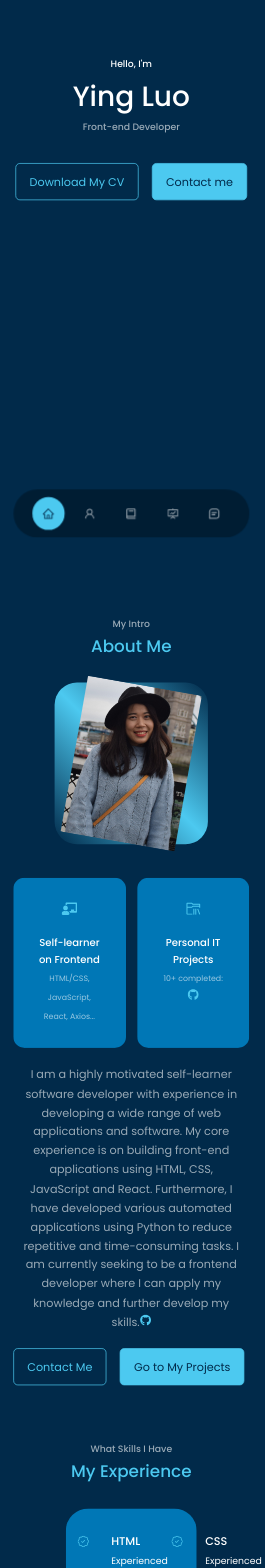
Repository: yingluo1020/react-portfolio-website
Page: /
The author's editor kept a copy of each file at every save. The page is drawn from the files as they stood at one save, then again after the next save.
The browser window is 375 px wide. The page is 379 px wide, then 375 px, so the pictures cover 379 px, including what lies to the right of the window. The pictures show the part of the page from y = 0 to 2240 px (the page is 6281 px tall), at 70% of full size.
The project was rebuilt for these pictures with package versions that can differ from the ones it lists, and the page was loaded fresh each time. Imported but missing from the stored project, and not drawn on this page: src/assets/cv1.pdf.

Above is the page before, as saved 2022-03-16 10:15:13.

### src/index.css
@import url('https://fonts.googleapis.com/css2?family=Poppins:wght@300;400;500;600&display=swap');

* {
 margin: 0;
 padding: 0;
 border: 0;
 outline: 0;
 box-sizing: border-box;
 list-style: none;
 text-decoration: none;
}

:root {
    --color-bg:#012a4a;
    --color-bg-variant:#0077b6;
    --color-primary:#4cc9f0;
    --color-primary-variant:rgba(77,181,255,0.4);
    --color-white:#fff;
    --color-light:rgba(255,255,255,0.6);

    --transition:all 400ms ease;

    --container-width-lg:75%;
    --container-width-md:86%;
    --container-width-sm:90%;
}

html {
    scroll-behavior:smooth;
}

::-webkit-scrollbar {
    display: none;
}

body {
    font-family: 'Poppins', sans-serif;
    background: var(--color-bg);
    color:var(--color-white);
    line-height:1.7;
}

/* general styles */
.container {
    width:var(--container-width-lg);
    margin: 0 auto;
}

h1,
h2,
h3,
h4,
h5 {
    font-weight: 500;
}

h1 {
    font-size: 2.5rem;
}

section {
    margin-top: 5rem;
    min-height: 100vh;
}

section > h2, section > h5 {
    text-align: center;
    color: var(--color-light);
}

section > h2 {
    color: var(--color-primary);
    margin-bottom: 3rem;
}

.text-light {
    color: var(--color-light);
}

a {
    color: var(--color-primary);
    transition: var(--transition);
}

a:hover {
    color: var(--color-white);
}

.btn {
    width: max-content;
    display: inline-block;
    color: var(--color-primary);
    padding: 0.75rem 1.2rem;
    border-radius:0.4rem;
    cursor: pointer;
    border: 1px solid var(--color-primary);
    transition: var(--transition);
}

.btn:hover{
    background: var(--color-white);
    color: var(--color-bg);
    border-color: transparent;
}

.btn-primary {
    background: var(--color-primary);
    color: var(--color-bg);
}

img{
    display: block;
    width: 100%;
    object-fit: cover;
}

/* media queries(medium devices)*/
@media screen and (max-width:1024px) {
    .container {
        width: var(--container-width-sm);
    }

    section> h2 {
        margin-bottom: 2rem;
    }
}

### src/components/header/Header.js
import React from 'react'
import avatar from '../../assets/avatar.JPG'
import './header.css';
import CV from '../../assets/cv1.pdf'


function Header() {
    return (
        <header>
            <div className="container header_container">
                <h5>Hello, I'm</h5>
                <h1>Ying Luo</h1>
                <h5 className="text-light">Front-end Developer</h5>

                <div className='cta'>
                    <a href={CV} download className='btn'>Download My CV</a>
                    <a href="#contact" className='btn btn-primary'>Contact me</a>
                </div>
            </div>
        </header>
    )
}

export default Header

### src/components/nav/Nav.js
import React, { useState } from 'react'
import './nav.css'
import { AiOutlineHome, } from 'react-icons/ai'
import { AiOutlineUser } from 'react-icons/ai'
import { BiBook } from 'react-icons/bi'
import { AiOutlineFundProjectionScreen } from 'react-icons/ai'
import { BiMessageSquareDetail } from 'react-icons/bi'


function Nav() {
    const [activeNav, setActiveNav] = useState('#')
    return (
        <nav>
            <a href="#" onClick={() => setActiveNav('#')} className={activeNav === '#' ? 'active' : ''}><AiOutlineHome /></a>
            <a href="#about" onClick={() => setActiveNav('#about')} className={activeNav === '#about' ? 'active' : ''}><AiOutlineUser /></a>
            <a href="#experience" onClick={() => setActiveNav('#experience')} className={activeNav === '#experience' ? 'active' : ''}><BiBook /></a>
            <a href="#portfolio" onClick={() => setActiveNav('#services')} className={activeNav === '#services' ? 'active' : ''}><AiOutlineFundProjectionScreen /></a>
            <a href="#contact" onClick={() => setActiveNav('#contact')} className={activeNav === '#contact' ? 'active' : ''}><BiMessageSquareDetail /></a>
        </nav>
    )
}

export default Nav

### src/components/about/About.js
import React from 'react'
import avatar from '../../assets/avatar.JPG'
import { FaChalkboardTeacher } from 'react-icons/fa'
import { VscFolderLibrary } from 'react-icons/vsc'
import { FaGithub } from 'react-icons/fa';
import './about.css';

function About() {
    return (
        <section id='about'>
            <h5>My Intro</h5>
            <h2>About Me</h2>

            <div className="container about_container">
                <div className="about_me">
                    <div className="about_image">
                        <img src={avatar} alt="About Image" />
                    </div>
                </div>

                <div className="about_content">
                    <div className="about_cards">
                        <article className="about_card">
                            <FaChalkboardTeacher className='about_icon' />
                            <h5> Self-learner on Frontend </h5>
                            <small>HTML/CSS, JavaScript, React, Axios...</small>
                        </article>

                        <article className="about_card">
                            <VscFolderLibrary className='about_icon' />
                            <h5>Personal IT Projects </h5>
                            <small>10+ completed:  </small>
                            <a href="https://github.com/yingluo1020" target="_blank"><FaGithub /></a>
                        </article>
                    </div>

                    <p>I am a highly motivated self-learner software developer with experience in developing a wide range of web applications and software. My core experience is on building front-end applications using HTML, CSS, JavaScript and React. Furthermore, I have developed various automated applications using Python to reduce repetitive and time-consuming tasks. I am currently seeking to be a frontend developer where I can apply my knowledge and further develop my skills.
                        <a href="https://github.com/yingluo1020" target="_blank"><FaGithub /></a>
                    </p>
                    <div className="about_btn">
                        <a href="#contact" className="btn btn">Contact Me</a>
                        <a href="#" target="_blank" className="btn btn-primary">Go to My Projects</a>
                    </div>

                </div>
            </div>
        </section>
    )
}

export default About

### src/components/experience/Experience.js
import React from 'react'
import './experience.css';
import { BsPatchCheck } from 'react-icons/bs'


function Experience() {
    return (
        <section id='experience'>
            <h5>What Skills I Have</h5>
            <h2>My Experience</h2>

            <div className="container experience_container">
                <div className="experience_content">
                    <article className='experience_details'>
                        <BsPatchCheck className='experience_details-icon' />
                        <div>
                            <h4>HTML</h4>
                            <small className='text_light'>Experienced</small>
                        </div>
                    </article>
                    <article className='experience_details'>
                        <BsPatchCheck className='experience_details-icon' />
                        <div>
                            <h4>CSS</h4>
                            <small className='text_light'>Experienced</small>
                        </div>
                    </article>
                    <article className='experience_details'>
                        <BsPatchCheck className='experience_details-icon' />
                        <div>
                            <h4>JavaScript (Es6)</h4>
                            <small className='text_light'>Experienced</small>
                        </div>
                    </article>
                    <article className='experience_details'>
                        <BsPatchCheck className='experience_details-icon' />
                        <div>
                            <h4>React (Hooks, Router V6) </h4>
                            <small className='text_light'>Experienced</small>
                        </div>
                    </article>
                    <article className='experience_details'>
                        <BsPatchCheck className='experience_details-icon' />
                        <div>
                            <h4>Node JS</h4>
                            <small className='text_light'>Intermediate</small>
                        </div>
                    </article>
                    <article className='experience_details'>
                        <BsPatchCheck className='experience_details-icon' />
                        <div>
                            <h4>Python</h4>
                            <small className='text_light'>Intermediate</small>
                        </div>
                    </article>
                </div>
            </div>
        </section>
    )
}

export default Experience

### src/components/portfolio/Portfolio.js
import React from 'react'
import './portfolio.css';
import project1 from '../../assets/todo1.jpg'
import project2 from '../../assets/search.jpg'
import project3 from '../../assets/btc_alert.jpg'



function Portfolio() {
    return (
        <section id='portfolio'>
            <h5>My Projects</h5>
            <h2>Portfolio</h2>
            <div className="container portfolio_container ">
                <article className='portfolio'>
                    <div className="portfolio_head">
                        <h3 >To-Do List web app</h3>
                    </div>


                    <div className="portfolio_item-image">
                        <img src={project1} alt="project1" />
                    </div>

                    <div className="portfolio_link">
                        <a href="https://github.com" target='_blank' className='btn btn-primary'>Github</a>
                    </div>
                </article>

                <article className='portfolio'>
                    <div className="portfolio_head">
                        <h3 >To-Do List web app</h3>
                    </div>

                    <div className="portfolio_body">
                        <div className="portfolio_item-image">
                            <img src={project2} alt="project1" />
                        </div>
                    </div>
                    <div className="portfolio_link">
                        <a href="https://github.com" target='_blank' className='btn btn-primary'>Github</a>
                    </div>
                </article>

                <article className='portfolio'>
                    <div className="portfolio_head">
                        <h3 >To-Do List web app</h3>
                    </div>

                    <div className="portfolio_body">
                        <div className="portfolio_item-image">
                            <img src={project3} alt="project1" />
                        </div>
                    </div>
                    <div className="portfolio_link">
                        <a href="https://github.com" target='_blank' className='btn btn-primary'>Github</a>
                    </div>
                </article>

            </div>
        </section>
    )
}

export default Portfolio

### src/components/contact/Contact.js
import React, { useRef } from 'react'
import './contact.css'
import { MdOutlineEmail } from 'react-icons/md'
import { RiMessengerLine } from 'react-icons/ri'
import { BsWhatsapp } from 'react-icons/bs'
import emailjs from '@emailjs/browser';


function Contact() {
    const form = useRef();

    const sendEmail = (e) => {
        e.preventDefault();

        emailjs.sendForm('service_s6sapzl', 'template_utnko3u', form.current, 'user_Ak4JS85QR5w9GZLqKm3hY')

        alert(`I'll will reply you ASAP :)`)
        e.target.reset()
    };

    return (
        <section id="contact">
            <h5>Get In Touch</h5>
            <h2>Contact Me</h2>

            <div className="container contact_container">
                <div className="contact_options">
                    <article className='contact_option'>
                        <MdOutlineEmail className='contact_option-icon' />
                        <h4>Email</h4>
                        <h5>yingluo1020@gmail.com</h5>
                        <a href="mailto:yingluo1020@gmail.com" target='_blank'>Send a message</a>
                    </article>

                    <article className='contact_option'>
                        <RiMessengerLine className='contact_option-icon' />
                        <h4>Messenger</h4>
                        <h5>Ying Luo</h5>
                        <a href="https://m.me/yng.luo" target='_blank'>Send a message</a>
                    </article>

                    <article className='contact_option'>
                        <BsWhatsapp className='contact_option-icon' />
                        <h4>WhatsApp</h4>
                        <h5>+44 7407171383</h5>
                        <a href="https://api.whatsapp.com/send?phone+447407171383" target='_blank'>Send a message</a>
                    </article>
                </div>
                {/* End of contact options */}
                <form action="" ref={form} onSubmit={sendEmail}>
                    <input type="text" name='name' placeholder='Your Name' required />
                    <input type="email" name='email' placeholder='Your Email' required />
                    <textarea type="text" name='name' placeholder='Your Message' required ></textarea>
                    <button type="submit" className="btn btn-primary">Send a message</button>
                </form>

            </div>
        </section>

    )
}

export default Contact

### src/components/footer/Footer.js
import React from 'react'
import './footer.css'
import { BsLinkedin } from 'react-icons/bs';
import { FaGithub } from 'react-icons/fa';
import { FiDribbble } from 'react-icons/fi';


function Footer() {
    return (
        <footer>
            <a href="https://github.com/yingluo1020" target="_blank" className='footer_logo'><FaGithub /> Ying Luo</a>
            <ul className='permalinks'>
                <li><a href="#">Home</a></li>
                <li><a href="#about">About</a></li>
                <li><a href="#experience">Experience</a></li>
                <li><a href="#portfolio">Portfolio</a></li>
                <li><a href="#contact">Contact</a></li>
            </ul>

            <div className="footer_copyright">
                <small>&copy; All rights reserved by Ying Luo.</small>
            </div>
        </footer>
    )
}

export default Footer

### src/components/header/header.css
header {
    height: 50vh;
    padding-top: 5rem;
    overflow: hidden;
}

.header_container {
    text-align: center;
    height: 100%;
    position: relative;
}

.cta {
    margin: 2.5rem auto;
    display: flex;
    gap:1.2rem;
    justify-content: center;
}

.avatar {
    background: linear-gradient(var(--color-primary),transparent) ;
    width: 22rem;
    height: 30rem;
    position: absolute;
    left: calc(50% - 11rem);
    border-radius: 12rem 12rem 0 0 ;
    overflow: hidden;
    padding: 5rem 1.5rem 1.5rem 1.5rem;
}


/* media queries(medium devices)*/
@media screen and (max-width:1024px) {
    header {
        height: 68vh;
    }
}

/* media queries(small devices)*/
@media screen and (max-width:600px) {
   header {
       height: 100vh;
   }
}

### src/components/nav/nav.css
nav {
    background: rgba(0, 0, 0, 0.3);
    width: max-content;
    display: block;
    padding:0.7rem 1.7rem;
    z-index: 2;
    position: fixed;
    left: 50%;
    transform: translateX(-50%);
    bottom: 2rem;
    display: flex;
    gap: 0.8rem;
    border-radius: 3rem;
    /* backdrop-filter: blur(15px); */
}

nav a {
    background: transparent;
    padding: 0.9rem;
    border-radius:50% ;
    display: flex;
    color: var(--color-light);
    font-size: 1.1rem;
}

nav a:hover{
    background: rgba(0, 0, 0, 0.3);
}

nav a.active {
    background: var(--color-primary);
    color: var(--color-bg);
}

### src/components/about/about.css
.about_container {
    display: grid;
    grid-template-columns: 35% 50%;
    gap: 15%;
}

.about_me{
    width: 100%;
    aspect-ratio: 0.95/1;
    border-radius: 2rem;
    background: linear-gradient(45deg,transparent,var( --color-primary),transparent);
    display: grid;
    place-items: center;
}

.about_image {
    border-radius: 2rem;
    overflow: hidden;
    transform: rotate(10deg);
    transition: var(--transition);
}

.about_image:hover{
    transform: rotate(0);
}

.about_image img {
    width: 75%;
    margin: 0 auto;
}
.about_cards {
    display: grid;
    grid-template-columns: repeat(2,1fr);
    gap: 1.5rem;
}

.about_card {
    background: var(--color-bg-variant);
    border:1px solid transparent ;
    border-radius: 1rem;
    padding: 2rem;
    text-align: center;
    transition: var(--transition);
}

.about_card:hover {
    background:transparent;
    border-color:var(--color-primary-variant) ;
    cursor: default;
}

.about_icon {
    color: var(--color-primary);
    font-size: 1.4rem;
    margin-bottom: 1rem;
}

.about_card h5 {
    font-size: 0.9rem;
}

.about_card small {
    font-size: 0.7rem;
    color: var(--color-light);
}

.about_content p {
    margin: 2rem 0 2.6rem;
    color: var(--color-light);
}

.about_content .about_btn {
    display: flex;
    gap:1.2rem;
}

/* media queries(medium devices)*/
@media screen and (max-width:1024px) {
    .about_container {
        grid-template-columns: 1fr ;
        gap:0;
    }

    .about_me{
        width: 50%;
        margin: 2rem auto 4rem;
    }

    .about_content p {
        margin: 1rem 0 1.5rem;
    }
}

/* media queries(small devices)*/
@media screen and (max-width:600px) {
    .about_me{
        width: 65%;
        margin: 0 auto 3rem;
    }

    .about_cards {
        grid-template-columns: 1fr 1fr;
        gap: 1rem;
    }

    .about_content {
        text-align: center;
    }

    .about_content p {
        margin: 1.5rem 0.5rem;
    }
}

### src/components/experience/experience.css
.experience_container{
    width: 50%;
}

.experience_container >div {
    background: var(--color-bg-variant);
    padding: 2.4rem 10rem;
    border-radius: 2rem;
    border: 1px solid transparent;
    transition: var(--transition);
}

.experience_container >div:hover{
    background: transparent;
    border-color: var(--color-primary-variant);
    cursor: default;
}

.experience_content {
    display: grid;
    grid-template-columns: 1fr 1fr;
    /* justify-content: center; */
    row-gap: 3rem;
}

.experience_details {
    display: flex;
    gap: 2rem;
}

.experience_details-icon{
    margin-top: 6px;
    color: var(--color-primary);
}

/* media queries(medium devices)*/
@media screen and (max-width:1024px) {
    .experience_container >div {
        width: 80%;
        padding: 2rem;
        margin: 0 auto;
    }

    .experience_content {
        padding: 1rem;
    }
}

/* media queries(small devices)*/
@media screen and (max-width:600px) {
    .experience_container{
        gap: 1rem;
    }

    .experience_container >div {
        width: 100%;
        padding: 2rem 1rem;
    }
}

### src/components/portfolio/portfolio.css
.portfolio_container{
    display: grid;
    grid-template-columns: repeat(3,1fr);
    gap: 2.5rem;
}

.portfolio {
    background: var(--color-bg-variant);
    border-radius:0 0 2rem 2rem;
    border: 1px solid transparent;
    /* height: fit-content; */
    transition: var(--transition);
}

.portfolio:hover {
    background: transparent;
    border-color: var(--color-primary-variant);
    transition: var(--transition);
}

.portfolio_head{
    background: var(--color-primary);
    border-radius:0 0 2rem 2rem;
    padding: 2rem;
    box-shadow: 0 2rem 1rem rgba(0,0,0,0.1);
}

.portfolio_head h3 {
    text-align: center;
    font-size: 1rem;
    color: var(--color-bg);
}

.portfolio_item-image {
    width: 20rem;
    height: 20rem;
    /* aspect-ratio: 1/1;   */
    border-radius: 1.5rem;
    overflow: hidden;
    margin: 1rem auto;
}

.portfolio_link {
    display: flex;
    justify-content: center;
    margin: 1rem 0;
}


/* media queries(medium devices)*/
@media screen and (max-width:1024px) {
    .portfolio_container{
        grid-template-columns: 1fr 1fr;
        gap: 1.2rem;
    }
}

/* media queries(small devices)*/
@media screen and (max-width:600px) {
    .portfolio_container {
        grid-template-columns: 1fr;
        gap: 1rem;
    }
}

### src/components/contact/contact.css
.contact_container {
    width: 58%;
    display: grid;
    grid-template-columns: 30% 58%;
    gap: 12%;
}

.contact_options {
    display: flex;
    flex-direction: column;
    gap: 1.2rem;
}

.contact_option{
    background: var(--color-bg-variant);
    padding: 1.2rem ;
    border-radius:1.2rem;
    border: 1px solid transparent;
    text-align: center;
    transition: var(--transition);
}

.contact_option:hover{
    background: transparent;
    border-color: var(--color-primary-variant);
}

.contact_option-icon{
    font-size: 1.5rem;
    margin-bottom: 0.5rem;
}

.contact_option a {
    margin-top: 0.7rem;
    display: inline-block;
    font-size: 0.8rem;
}

/* form */
form {
    display: flex;
    flex-direction: column;
    gap: 1.2rem;
}

input, textarea{
    width: 100%;
    padding: 1.5rem ;
    border-radius:0.5rem;
    border: 2px solid var(--color-primary-variant);
    background: transparent;
    resize: none; /* 元素不能被用户缩放。 */
    color: var(--color-white);
}

/* media queries(medium devices)*/
@media screen and (max-width:1024px) {
    .contact_container {
        grid-template-columns: 1fr;
        gap: 2rem;
    }

}

/* media queries(small devices)*/
@media screen and (max-width:600px) {
    .contact_container{
        width: var(--container-width-sm);
    }
}

### src/components/footer/footer.css
footer {
    background: var(--color-primary);
    padding: 2rem 0;
    text-align: center;
    font-size: 0.9rem;
    margin-top: 7rem;
}

footer a {
    color: var(--color-bg);
}

.footer_logo{
    font-size: 2rem;
    font-weight: 500;
    margin-bottom: 2rem;
    display: inline-block;
}

.permalinks{
    display: flex;
    flex-wrap: wrap;
    justify-content: center;
    gap: 2rem;
    margin: 0 auto 3rem;
}

.footer_socials{
    display: flex;
    justify-content: center;
    gap: 1rem;
    margin-bottom: 4rem;
}

.footer_socials a {
    display: flex;
    background: var(--color-bg);
    color: var(--color-white);
    padding: 0.8rem;
    border-radius: 0.7rem;
    border: 1px solid transparent;
    transition: var(--transition);
}

.footer_socials a:hover{
    background: transparent;
    color: var(--color-bg);
    border-color: var(--color-bg);
}

.footer_copyright {
    margin-bottom: 4rem;
    color: var(--color-bg);
}

/* media queries(small devices)*/
@media screen and (max-width:600px) {
    .permalinks{
        flex-direction: column;
        gap: 1.5rem;
    }

    .footer_socials{
        margin-bottom: 2.6rem;
    }
}

Loaded but not shown: public/index.html (common file); src/index.js (common file); src/App.js (common file)

After the next save:
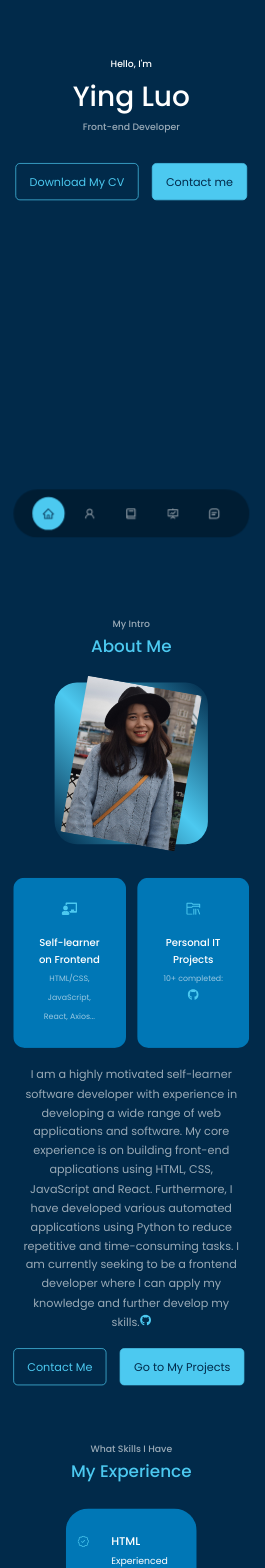
Saved 69 s later.
--- a/src/components/experience/experience.css
+++ b/src/components/experience/experience.css
@@ -56,4 +56,10 @@
         width: 100%;
         padding: 2rem 1rem;
     }
+
+    .experience_content {
+        display: grid;
+        grid-template-columns: 1fr;
+        row-gap: 3rem;
+    }
 }
